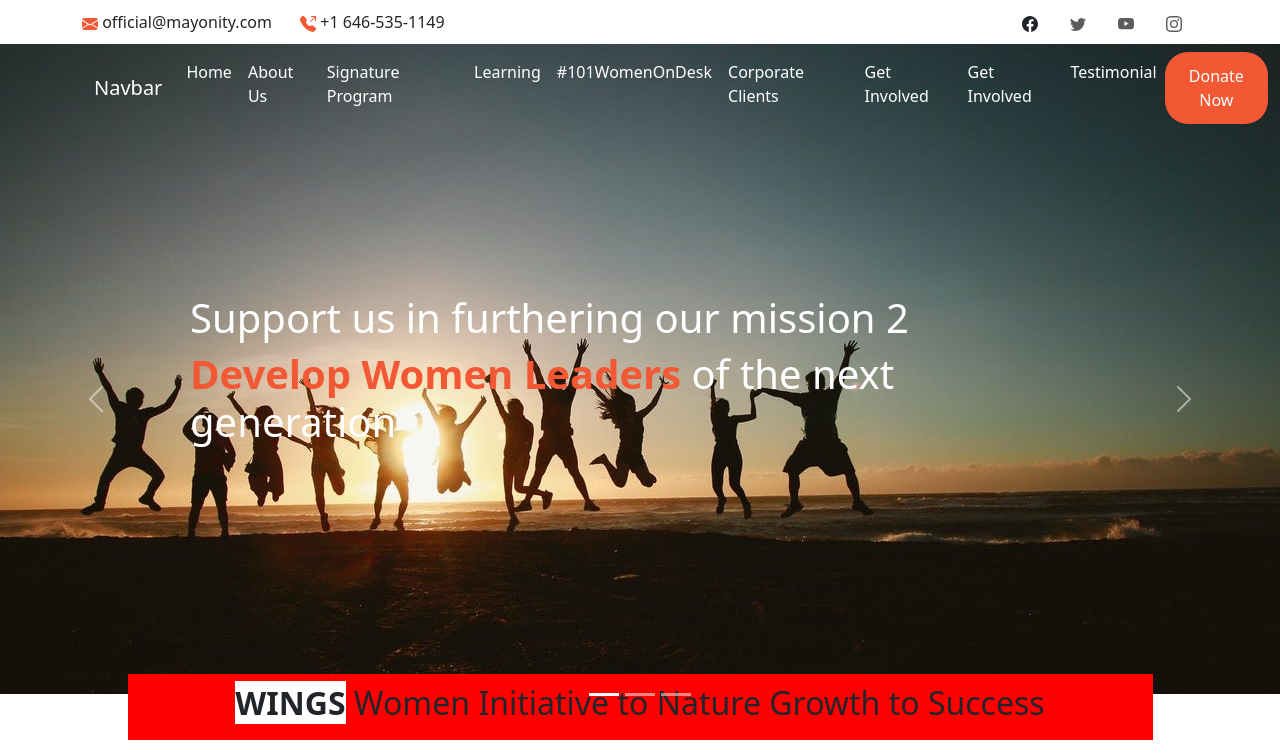
Repository: rizwan-zafar/wings
Page: /
The author's editor kept a copy of each file at every save. The page is drawn from the files as they stood at one save, then again after the next save.
The browser window is 1280 px wide. The pictures show the whole page.
The project was rebuilt for these pictures with package versions that can differ from the ones it lists, and the page was loaded fresh each time.

Above is the page before, as saved 2022-11-27 18:13:08.

### public/index.html
<!DOCTYPE html>
<html lang="en">
  <head>
    <meta charset="utf-8" />
    <link rel="icon" href="%PUBLIC_URL%/favicon.ico" />
    <meta name="viewport" content="width=device-width, initial-scale=1" />
    <meta name="theme-color" content="#000000" />
    <meta
      name="description"
      content="Web site created using create-react-app"
    />
    <link rel="apple-touch-icon" href="%PUBLIC_URL%/logo192.png" />
    <!--
      manifest.json provides metadata used when your web app is installed on a
      user's mobile device or desktop. See https://developers.google.com/web/fundamentals/web-app-manifest/
    -->
    <link rel="manifest" href="%PUBLIC_URL%/manifest.json" />
    <!--
      Notice the use of %PUBLIC_URL% in the tags above.
      It will be replaced with the URL of the `public` folder during the build.
      Only files inside the `public` folder can be referenced from the HTML.

      Unlike "/favicon.ico" or "favicon.ico", "%PUBLIC_URL%/favicon.ico" will
      work correctly both with client-side routing and a non-root public URL.
      Learn how to configure a non-root public URL by running `npm run build`.
    -->
    <title>Wings</title>
  </head>
  <body>
    <noscript>You need to enable JavaScript to run this app.</noscript>
    <div id="root"></div>
    <!--
      This HTML file is a template.
      If you open it directly in the browser, you will see an empty page.

      You can add webfonts, meta tags, or analytics to this file.
      The build step will place the bundled scripts into the <body> tag.

      To begin the development, run `npm start` or `yarn start`.
      To create a production bundle, use `npm run build` or `yarn build`.
    -->
  </body>
</html>

### src/index.js
import React from 'react';
import ReactDOM from 'react-dom/client';
import './index.css';
import App from './App';
import "../node_modules/bootstrap/dist/css/bootstrap.min.css"
import "../node_modules/bootstrap/dist/js/bootstrap.min.js"

const root = ReactDOM.createRoot(document.getElementById('root'));
root.render(
     <App />
 );

// If you want to start measuring performance in your app, pass a function
// to log results (for example: reportWebVitals(console.log))
// or send to an analytics endpoint. Learn more: https://bit.ly/CRA-vitals

### src/index.css
html {
  margin: 0;
  padding: 0;
  font-family: -apple-system, BlinkMacSystemFont, 'Segoe UI', 'Roboto', 'Oxygen',
    'Ubuntu', 'Cantarell', 'Fira Sans', 'Droid Sans', 'Helvetica Neue',
    sans-serif;
  -webkit-font-smoothing: antialiased;
  -moz-osx-font-smoothing: grayscale;
}
.icons{
  color:#f15833 ;
}
.social-icons{
  color:#000000a3
}

### src/App.js
import Home from "./Pages/Home"
function App() {
  return (

    <>
      <Home />
    </>

  );
}

export default App;

### src/Pages/Home.js
import React from 'react'
import TopNavbar from "../Components/Topnavbar"
// import Navbar from "../Components/Navbar"
import Slider from "../Components/Slider"
export default function Home() {
    return (
        <div>
            <TopNavbar />
            {/* <Navbar /> */}
            <Slider />
        </div>
    )
}

### src/Components/Topnavbar.js
import React from 'react'
import "../Css/Topnav.css"
import { EnvelopeFill, TelephoneOutboundFill, Twitter, Youtube, Instagram, Facebook } from "react-bootstrap-icons"
export default function Topnavbar() {
    return (
        <div className="top-bar container d-flex justify-content-between">
            <div>
                <span> <EnvelopeFill className="icons" /> official@mayonity.com</span>
                <span className="set-padding p-4"> <TelephoneOutboundFill className="icons ml-3" /> +1 646-535-1149</span>
            </div>
            <div>
                <span className="p-3 social-icons-"><Facebook /></span>
                <span className="p-3 social-icons"><Twitter /></span>
                <span className="p-3 social-icons"><Youtube /></span>
                <span className="p-3 social-icons"><Instagram /></span>
            </div>
        </div>
    )
}

### src/Components/Slider.js
import React from 'react'
import "../Css/Slider.css"
import Navbar from "../Components/Navbar"
export default function Slider() {
    return (
        <>
            <div className="set-slider">
                <Navbar />
                <div id="carouselExampleCaptions" className=" carousel slide" data-bs-ride="false">
                    <div className="carousel-indicators">
                        <button type="button" data-bs-target="#carouselExampleCaptions" data-bs-slide-to="0" className="active" aria-current="true" aria-label="Slide 1"></button>
                        <button type="button" data-bs-target="#carouselExampleCaptions" data-bs-slide-to="1" aria-label="Slide 2"></button>
                        <button type="button" data-bs-target="#carouselExampleCaptions" data-bs-slide-to="2" aria-label="Slide 3"></button>
                    </div>
                    <div className="carousel-inner container">
                        <div className="carousel-item active">
                            <div>
                                <h1>Support us in furthering our mission 2</h1>
                                <h1><strong>Develop Women Leaders</strong> of the next generation</h1>
                            </div>
                        </div>
                        <div className="carousel-item">
                            <div>
                                <h1>Support us in furthering our mission 3</h1>
                                <h1><strong>Develop Women Leaders</strong> of the next generation</h1>
                            </div>
                        </div>
                        <div className="carousel-item">
                            <div>
                                <h1>Support us in furthering our mission</h1>
                                <h1><strong>Develop Women Leaders</strong> of the next generation</h1>
                            </div>
                        </div>

                    </div>
                    <div className="sliders-btn">
                        <button className="carousel-control-prev" type="button" data-bs-target="#carouselExampleCaptions" data-bs-slide="prev">
                            <span className="carousel-control-prev-icon" aria-hidden="true"></span>
                            <span className="visually-hidden">Previous</span>
                        </button>
                        <button className="carousel-control-next" type="button" data-bs-target="#carouselExampleCaptions" data-bs-slide="next">
                            <span className="carousel-control-next-icon" aria-hidden="true"></span>
                            <span className="visually-hidden">Next</span>
                        </button>
                    </div>
                </div>
            </div>

            <div className="container text-center slider-footer">
                <div className="container">
                    <h2><strong>WINGS</strong> Women Initiative to Nature Growth to Success</h2>
                </div>
            </div>
        </>
    )
}

### src/Css/Topnav.css
.top-bar{
background-color: #fff;
padding: 10px;
}
.nav-container .navbar
{
    position: fixed;
    width: -webkit-fill-available;
    z-index: 3;
}
.nav-container .btn
{
    background: #f15833;
    border-radius: 23px;
    color: white;
    padding: 11px;
    font-weight: 500;
}
 .nav-container nav ul li a
{
    color:  white;
}

### src/Css/Slider.css
.set-slider {
    background-image: url("/public/Images/header.jpg");
    background-size: cover;
    background-repeat: no-repeat;
    height: 650px;
}

.set-slider .carousel-indicators {
    top: 90%
}

.set-slider .carousel-inner {
    width: 80%;
}

.set-slider .carousel-inner .carousel-item>div {

    padding: 50px;
    padding-top: 250px;
}

.set-slider .carousel-inner h1 {

    font-weight: 400;
    color: #fff;
}

.set-slider .carousel-inner h1 strong {
    color: #f15833
}

.set-slider .sliders-btn {
    padding-top: 250px;
}

.slider-footer>div {
    background: red;
    max-width: 1025px;
    margin-top: -20px;
    padding: 10px;
}
.slider-footer>div strong {
    background: #fff;

}



@media (min-width: 1254px) {
    .navbar-expanding {
        flex-wrap: nowrap;
        justify-content: flex-start;
        background:red;
    }
}

@media (max-width: 991px) {

    .set-slider .carousel-item h1 {
        font-size: 35px;
    }

    .set-slider .carousel-inner .carousel-item>div {
        padding: 20px;
        padding-top: 150px;
    }

    .set-slider .sliders-btn {
        padding-top: 70px;
    }
}

@media (max-width: 602px) {
    .set-slider {
        height: 450px;
    }

    .set-slider .carousel-inner {
        margin-top: 16px;
    }

    .set-slider .carousel-item h1 {
        font-size: 30px;
    }

    .set-slider .carousel-inner .carousel-item>div {
        padding: 20px;
        padding-top: 120px;
    }

    .set-slider .sliders-btn {
        padding-top: 70px;
    }
}

### src/Components/Navbar.js
import React from 'react'

export default function Navbar() {
  return (
    <div className="nav-container container">
      <nav className="navbar navbar-expand-xl navbar-dark">
        <div className="container-fluid">
          <a className="navbar-brand" href="/">Navbar</a>
          <button className="navbar-toggler" type="button" data-bs-toggle="collapse" data-bs-target="#navbarNav" aria-controls="navbarNav" aria-expanded="false" aria-label="Toggle navigation">
            <span className="navbar-toggler-icon"></span>
          </button>
          <div className="collapse navbar-collapse" id="navbarNav">
            <ul className="navbar-nav ms-auto">
              <li className="nav-item">
                <a className="nav-link active" aria-current="page" href="/">Home</a>
              </li>
              <li className="nav-item">
                <a className="nav-link" href="/">About Us</a>
              </li>
              <li className="nav-item">
                <a className="nav-link" href="/">Signature Program</a>
              </li>
              <li className="nav-item">
                <a className="nav-link" href="/">Learning</a>
              </li>
              <li className="nav-item">
                <a className="nav-link" href="/">#101WomenOnDesk</a>
              </li>
              <li className="nav-item">
                <a className="nav-link" href="/">Corporate Clients</a>
              </li>
              <li className="nav-item">
                <a className="nav-link" href="/">Get Involved</a>
              </li>
              <li className="nav-item">
                <a className="nav-link" href="/">Get Involved</a>
              </li>
              <li className="nav-item">
                <a className="nav-link" href="/">Testimonial</a>
              </li>
              <li className="nav-item">
                <a className="nav-link btn " href="/">Donate Now</a>
              </li>

            </ul>
          </div>
        </div>
      </nav>
    </div>
  )
}

After the next save:
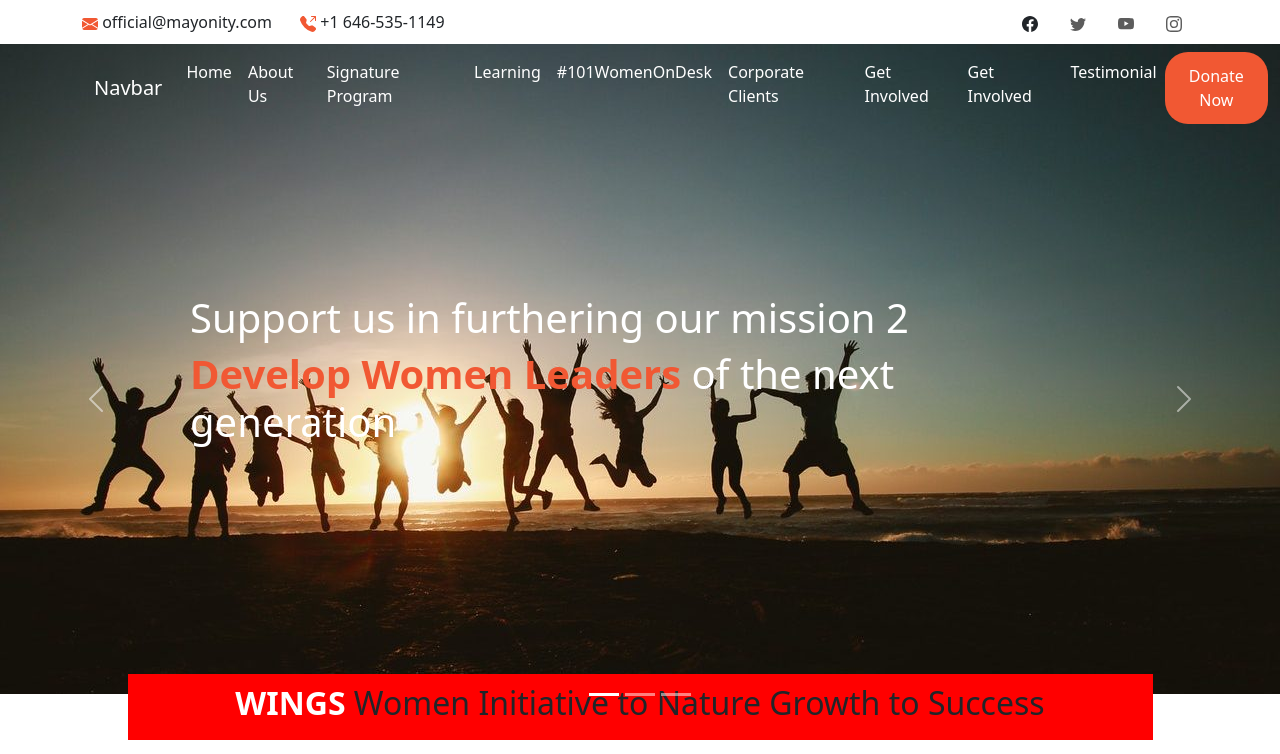
Saved 14 s later.
--- a/src/Css/Slider.css
+++ b/src/Css/Slider.css
@@ -40,7 +40,7 @@
     padding: 10px;
 }
 .slider-footer>div strong {
-    background: #fff;
+    color: #fff;
 
 }
 
